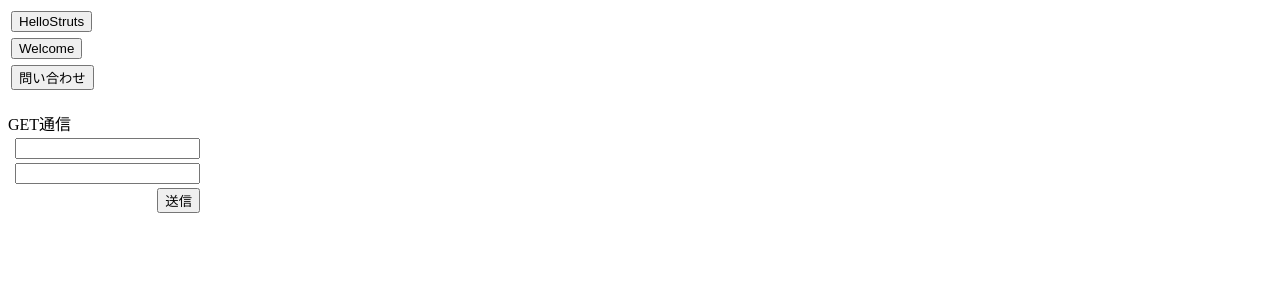
Repository: gennarikun/test
Page: http://localhost/WebProj/
The author's editor kept a copy of each file at every save. The page is drawn from the files as they stood at one save, then again after the next save.
The browser window is 1280 px wide. The pictures show the whole page.
The page is served by Tomcat 9. Other server files are loaded and not shown.

Above is the page before, as saved 2018-12-21 06:46:42.

### WebProj/WebContent/index.jsp
<%@ page language="java" contentType="text/html; charset=UTF-8"
    pageEncoding="UTF-8"%>
    <%@ taglib prefix="s" uri="/struts-tags" %>
<!DOCTYPE html>
<html>
<head>
<meta charset="utf-8">
<title>INDEX</title>
</head>
<body>
	<s:form action="HelloStrutsAction">
		<s:submit value="HelloStruts"/>
	</s:form>

	<s:form action="WelcomeAction">
		<s:submit value="Welcome"/>
	</s:form>

	<s:form action="InquiryAction">
		<s:submit value="問い合わせ"/>
	</s:form>

	<br>
	GET通信
	<s:form method="post" action="TestAction">
	<s:textfield name="username"/>
	<s:password name="password"/>
	<s:submit value="送信"/>
	</s:form>
</body>
</html>

After the next save:
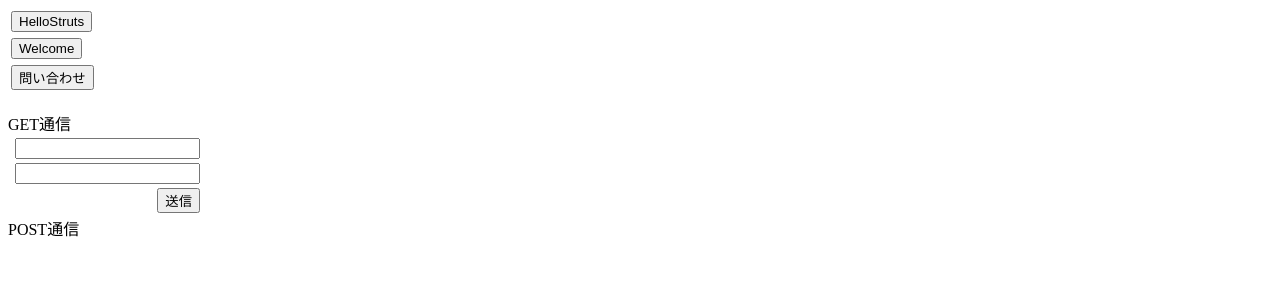
Saved 25 s later.
--- a/WebProj/WebContent/index.jsp
+++ b/WebProj/WebContent/index.jsp
@@ -22,10 +22,12 @@
 
 	<br>
 	GET通信
-	<s:form method="post" action="TestAction">
+	<s:form method="get" action="TestAction">
 	<s:textfield name="username"/>
 	<s:password name="password"/>
 	<s:submit value="送信"/>
 	</s:form>
+	POST通信
+
 </body>
 </html>
